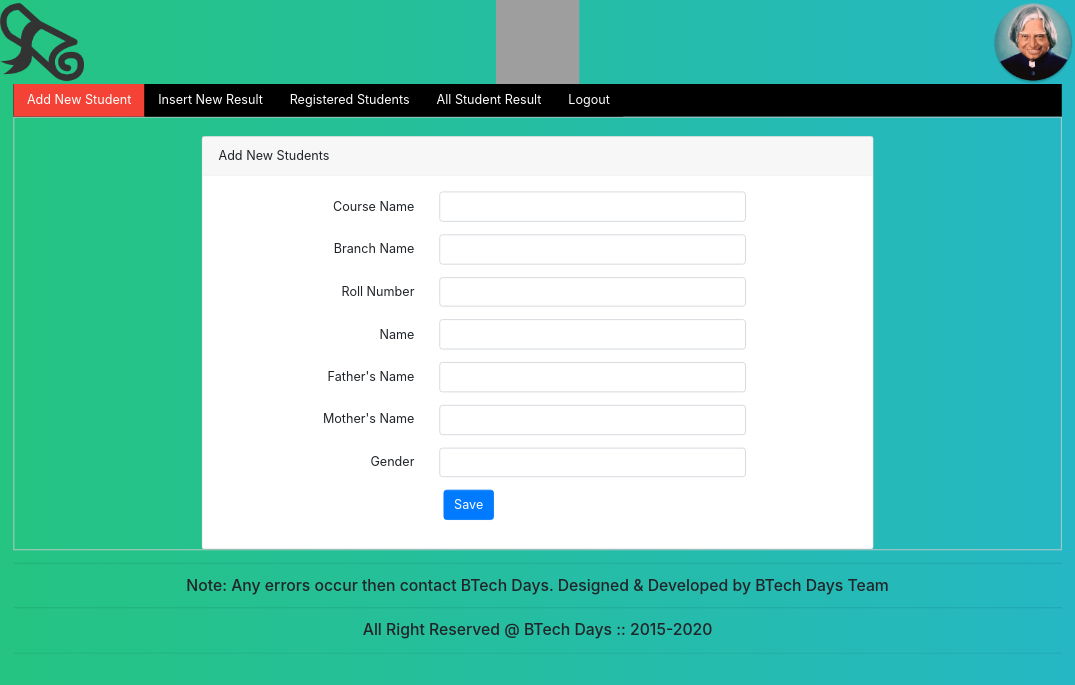
Repository: AlkaDas991/Dbms
Page: http://localhost/Student_Record_Management/adminHome.jsp
The author's editor kept a copy of each file at every save. The page is drawn from the files as they stood at one save, then again after the next save.
The browser window is 1280 px wide. The pictures show the whole page, at 84% of full size.
Pictures or frames that could not be fetched are drawn as grey boxes. Some web fonts or font styles are not loaded; a fallback is used. Some web libraries are served in a nearby version. The page is served by Tomcat 9. Other server files are loaded and not shown. Queries for data that is not in the repository find no rows.

Above is the page before, as saved 2021-03-12 09:27:09.
Console error: TypeError: Cannot read properties of undefined (reading 'fn')

### Student Record Management/WebContent/adminHome.jsp
<%@include file="header.html"%>
<!DOCTYPE html>
<html>
<title>IIIT,BBSR</title>
<body>
<img src="logo.png"  align="left"width="100" height="100">
<center><img src="ng" width="100" height="100" position="absolute";
  clip = "rect(0px,60px,200px,0px)">
<img src="apj sir.png" align="right"  width="100" height="100"></center>
<div class="w3-container">
  <div class="w3-bar w3-black">
    <button class="w3-bar-item w3-button tablink w3-red" onclick="openCity(event,'London')">Add New Student</button>

    <button class="w3-bar-item w3-button tablink" onclick="openCity(event,'Paris')">Insert New Result</button>
    <button class="w3-bar-item w3-button tablink" onclick="openCity(event,'Tokyo')">Registered Students</button>
     <button class="w3-bar-item w3-button tablink" onclick="openCity(event,'Tokyo1')">All Student Result</button>
     <a href="adminLogin.jsp" class="w3-bar-item w3-button tablink">Logout</a>
  </div>

  <div id="London" class="w3-container w3-border city">
  <br>
   <link href="//maxcdn.bootstrapcdn.com/bootstrap/4.1.1/css/bootstrap.min.css" rel="stylesheet" id="bootstrap-css">
<script src="//maxcdn.bootstrapcdn.com/bootstrap/4.1.1/js/bootstrap.min.js"></script>
<script src="//cdnjs.cloudflare.com/ajax/libs/jquery/3.2.1/jquery.min.js"></script>
<!------ Alright Include the above in your HEAD tag ---------->

<!doctype html>
<html lang="en">
<head>
    <!--OK Required meta tags -->
    <meta charset="utf-8">
    <meta name="viewport" content="width=device-width, initial-scale=1, shrink-to-fit=no">

    <!-- Fonts -->
    <link rel="dns-prefetch" href="https://fonts.gstatic.com">
    <link href="https://fonts.googleapis.com/css?family=Raleway:300,400,600" rel="stylesheet" type="text/css">



    <link rel="icon" href="Favicon.png">

    <!-- Bootstrap CSS -->
    <link rel="stylesheet" href="https://stackpath.bootstrapcdn.com/bootstrap/4.1.3/css/bootstrap.min.css">
</head>
<body>
<main class="my-form">
    <div class="cotainer">
        <div class="row justify-content-center">
            <div class="col-md-8">
                    <div class="card">
                        <div class="card-header">Add New Students</div>
                        <div class="card-body">
                            <form name="my-form" onsubmit="return validform()" action="addNewStudent.jsp" method="post">
                                <div class="form-group row">
                                    <label for="full_name" class="col-md-4 col-form-label text-md-right">Course Name</label>
                                    <div class="col-md-6">
                                        <input type="text"  class="form-control" name="course">
                                    </div>
                                </div>

                                <div class="form-group row">
                                    <label for="email_address" class="col-md-4 col-form-label text-md-right">Branch Name</label>
                                    <div class="col-md-6">
                                        <input type="text"  class="form-control" name="branch">
                                    </div>
                                </div>

                                <div class="form-group row">
                                    <label for="user_name" class="col-md-4 col-form-label text-md-right">Roll Number</label>
                                    <div class="col-md-6">
                                        <input type="text" class="form-control" name="rollNo">
                                    </div>
                                </div>

                                <div class="form-group row">
                                    <label for="phone_number" class="col-md-4 col-form-label text-md-right">Name</label>
                                    <div class="col-md-6">
                                        <input type="text"  class="form-control" name="name">
                                    </div>
                                </div>

                                <div class="form-group row">
                                    <label for="present_address" class="col-md-4 col-form-label text-md-right">Father's Name</label>
                                    <div class="col-md-6">
                                        <input type="text"  class="form-control" name="fatherName">
                                    </div>
                                </div>

                                <div class="form-group row">
                                    <label for="present_address" class="col-md-4 col-form-label text-md-right">Mother's Name</label>
                                    <div class="col-md-6">
                                        <input type="text"  class="form-control" name="motherName">
                                    </div>
                                </div>

                                <div class="form-group row">
                                    <label for="permanent_address" class="col-md-4 col-form-label text-md-right">Gender</label>
                                    <div class="col-md-6">
                                        <input type="text" class="form-control" name="gender">
                                    </div>
                                </div>

                                    <div class="col-md-6 offset-md-4">
                                        <button type="submit" class="btn btn-primary">
                                        Save
                                        </button>
                                    </div>

                            </form>
                        </div>
                    </div>
            </div>
        </div>
    </div>
</main>

<script src="https://code.jquery.com/jquery-3.3.1.slim.min.js"></script>
<script src="https://cdnjs.cloudflare.com/ajax/libs/popper.js/1.14.3/umd/popper.min.js"></script>
<script src="https://stackpath.bootstrapcdn.com/bootstrap/4.1.3/js/bootstrap.min.js"></script>
</body>
  </div>

  <div id="Paris" class="w3-container w3-border city" style="display:none">
  <br>
  <link href="//maxcdn.bootstrapcdn.com/bootstrap/4.1.1/css/bootstrap.min.css" rel="stylesheet" id="bootstrap-css">
<script src="//maxcdn.bootstrapcdn.com/bootstrap/4.1.1/js/bootstrap.min.js"></script>
<script src="//cdnjs.cloudflare.com/ajax/libs/jquery/3.2.1/jquery.min.js"></script>
<!------ Include the above in your HEAD tag ---------->

<!doctype html>
<html lang="en">
<head>
    <!-- Required meta tags -->
    <meta charset="utf-8">
    <meta name="viewport" content="width=device-width, initial-scale=1, shrink-to-fit=no">

    <!-- Fonts -->
    <link rel="dns-prefetch" href="https://fonts.gstatic.com">
    <link href="https://fonts.googleapis.com/css?family=Raleway:300,400,600" rel="stylesheet" type="text/css">



    <link rel="icon" href="Favicon.png">

    <!-- Bootstrap CSS -->
    <link rel="stylesheet" href="https://stackpath.bootstrapcdn.com/bootstrap/4.1.3/css/bootstrap.min.css">

</head>
<body>
<main class="my-form">
    <div class="cotainer">
        <div class="row justify-content-center">
            <div class="col-md-8">
                    <div class="card">
                        <div class="card-header">Insert New Result</div>
                        <div class="card-body">
                            <form name="my-form" onsubmit="return validform()" action="insertNewResult.jsp" method="">
                                <div class="form-group row">
                                    <label for="full_name" class="col-md-4 col-form-label text-md-right">Roll Number</label>
                                    <div class="col-md-6">
                                        <input type="text"class="form-control" name="rollNo">
                                    </div>
                                </div>

                                <div class="form-group row">
                                    <label for="email_address" class="col-md-4 col-form-label text-md-right">DAA</label>
                                    <div class="col-md-6">
                                        <input type="text"  class="form-control" name="DAA">
                                    </div>
                                </div>

                                <div class="form-group row">
                                    <label for="user_name" class="col-md-4 col-form-label text-md-right">DBMS</label>
                                    <div class="col-md-6">
                                        <input type="text"  class="form-control" name="DBMS">
                                    </div>
                                </div>

                                <div class="form-group row">
                                    <label for="phone_number" class="col-md-4 col-form-label text-md-right">COA</label>
                                    <div class="col-md-6">
                                        <input type="text"  class="form-control" name="COA">
                                    </div>
                                </div>

                                <div class="form-group row">
                                    <label for="present_address" class="col-md-4 col-form-label text-md-right">Discrete Maths</label>
                                    <div class="col-md-6">
                                        <input type="text"  class="form-control" name="DM">
                                    </div>
                                </div>

                                <div class="form-group row">
                                    <label for="permanent_address" class="col-md-4 col-form-label text-md-right">AMC</label>
                                    <div class="col-md-6">
                                        <input type="text"  class="form-control" name="AMC">
                                    </div>
                                </div>

                                 <div class="form-group row">
                                    <label for="permanent_address" class="col-md-4 col-form-label text-md-right">Communication Skills</label>
                                    <div class="col-md-6">
                                        <input type="text"  class="form-control" name="CS">
                                    </div>
                                </div>


                                    <div class="col-md-6 offset-md-4">
                                        <button type="submit" class="btn btn-primary">
                                       Save
                                        </button>
                                    </div>

                            </form>
                        </div>
                    </div>
            </div>
        </div>
        <br>
    </div>

</main>

<script src="https://code.jquery.com/jquery-3.3.1.slim.min.js"></script>
<script src="https://cdnjs.cloudflare.com/ajax/libs/popper.js/1.14.3/umd/popper.min.js"></script>
<script src="https://stackpath.bootstrapcdn.com/bootstrap/4.1.3/js/bootstrap.min.js"></script>
</body>
</html>
  </div>

  <div id="Tokyo" class="w3-container w3-border city" style="display:none">

<section>
  <!--for demo wrap-->
  <div class="tbl-header">
    <table cellpadding="0" cellspacing="0" border="0">
      <thead>
        <tr>
         <th>Course Name</th>
          <th>Branch Name</th>
          <th>Roll Number</th>
          <th>Name</th>
          <th>Father Name</th>
          <th>Gender</th>
        </tr>
      </thead>
    </table>
  </div>
  <div class="tbl-content">
    <table cellpadding="0" cellspacing="0" border="0">
      <tbody>
      	<%@page import = "Project.ConnectionProvider" %>
      	<%@page import = "java.sql.*" %>
      	<%
      		try{
      			Connection con = ConnectionProvider.getCon();
      			Statement st = con.createStatement();
      			ResultSet rs = st.executeQuery("select * from student");
      			while(rs.next()){

      	%>
        <tr>
        <!--get values from each column  -->
          <td><%=rs.getString(1)%></td>
          <td><%=rs.getString(2)%></td>
          <td><%=rs.getString(3)%></td>
          <td><%=rs.getString(4)%></td>
          <td><%=rs.getString(5)%></td>
          <td><%=rs.getString(6)%></td>
        </tr>
      </tbody>
      <%}}
      	catch(Exception e){

      	}
      %>
    </table>
  </div>
</section>
</div>
<div id="Tokyo1" class="w3-container w3-border city" style="display:none">

<section>
  <!--for demo wrap-->
  <div class="tbl-header">
    <table cellpadding="0" cellspacing="0" border="0">
      <thead>
        <tr>
          <th>Roll Number</th>
          <th>DAA</th>
          <th>DBMS</th>
          <th>COA</th>
          <th>DM</th>
          <th>AMC</th>
          <th>CS</th>
        </tr>
      </thead>
    </table>
  </div>
  <div class="tbl-content">
    <table cellpadding="0" cellspacing="0" border="0">
      <tbody>
      <%@page import = "Project.ConnectionProvider" %>
      <%@page import = "java.sql.*" %>
      <%
      	try{
      		Connection con = ConnectionProvider.getCon();
    		Statement st = con.createStatement();
    		ResultSet rs = st.executeQuery("select * from result");
      		while(rs.next()){
      %>
        <tr>
          <td><%=rs.getString(1)%></td>
          <td><%=rs.getString(2)%></td>
          <td><%=rs.getString(3)%></td>
          <td><%=rs.getString(4)%></td>
          <td><%=rs.getString(5)%></td>
          <td><%=rs.getString(6)%></td>
          <td><%=rs.getString(7)%></td>
        </tr>
      <%}}
      catch(Exception e){}
      %>
      </tbody>
    </table>
  </div>
</section>

</div>
    <hr class="new1">
  <center><h5>Note: Any errors occur then contact BTech Days.
Designed & Developed by BTech Days Team</h5></center>
  <hr class="new1">
<center><h5>All Right Reserved @ BTech Days :: 2015-2020</h5></center>
  <hr class="new1">
<br>
</body>
</html>

### Student Record Management/src/Project/ConnectionProvider.java
package Project;
import java.sql.*;
public class ConnectionProvider {
	public static Connection getCon() {
		try {
			Class.forName("oracle.jdbc.driver.OracleDriver");
			Connection con = DriverManager.getConnection("jdbc:oracle:thin:@localhost:1521:XE","system","manager");
			return con;
		}
		catch(Exception e){
			System.out.println(e);
			return null;
		}
	}
}

Loaded but not shown: Student Record Management/WebContent/header.html (355 lines, source omitted)

After the next save:
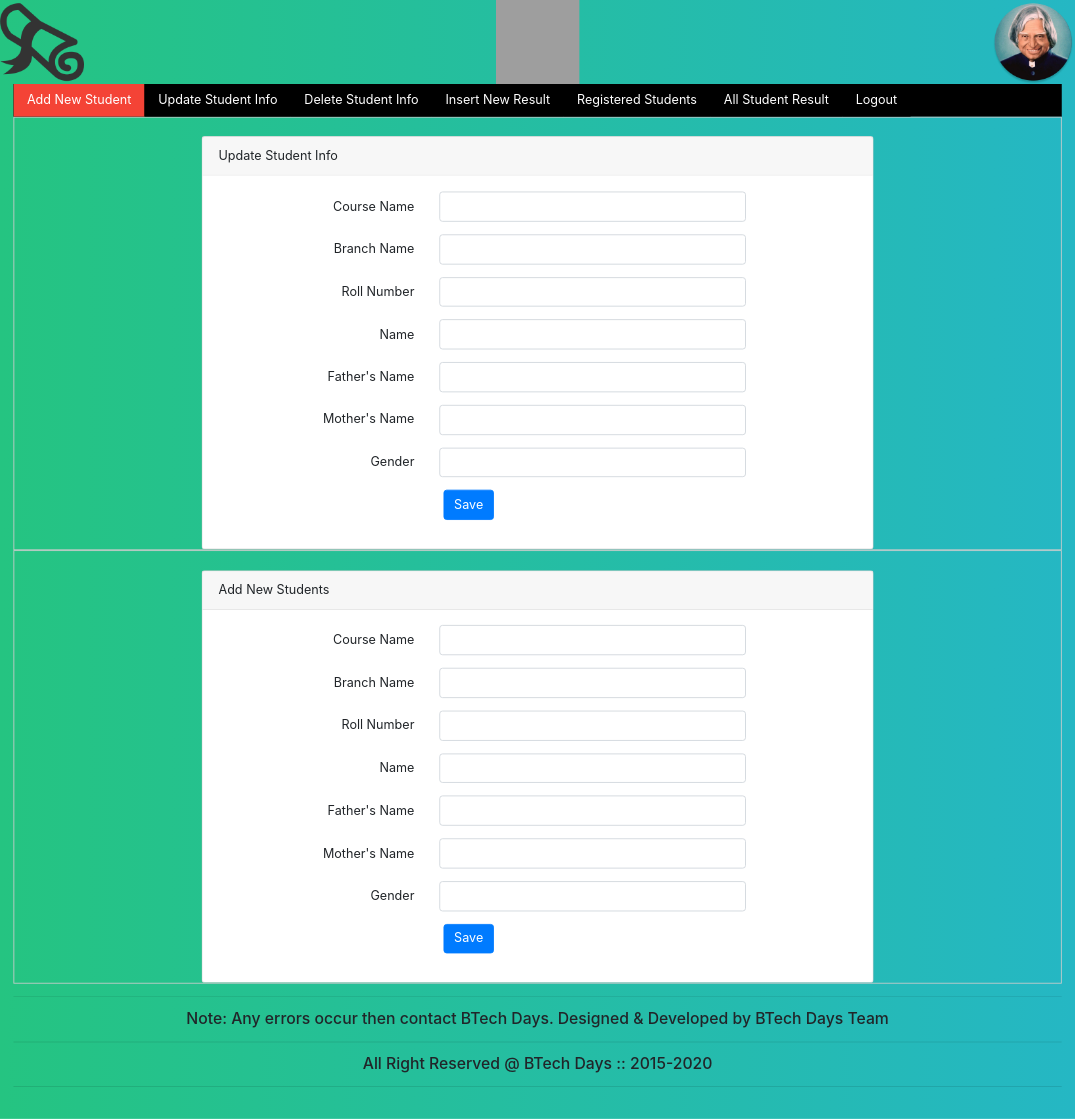
Saved 43 min 54 s later.
--- a/Student Record Management/WebContent/adminHome.jsp
+++ b/Student Record Management/WebContent/adminHome.jsp
@@ -10,14 +10,117 @@
 <div class="w3-container">
   <div class="w3-bar w3-black">
     <button class="w3-bar-item w3-button tablink w3-red" onclick="openCity(event,'London')">Add New Student</button>
-
+    <button class="w3-bar-item w3-button tablink" onclick="openCity(event,'Delhi')">Update Student Info</button>
+    <button class="w3-bar-item w3-button tablink" onclick="openCity(event,'Beijing')">Delete Student Info</button>
     <button class="w3-bar-item w3-button tablink" onclick="openCity(event,'Paris')">Insert New Result</button>
     <button class="w3-bar-item w3-button tablink" onclick="openCity(event,'Tokyo')">Registered Students</button>
-     <button class="w3-bar-item w3-button tablink" onclick="openCity(event,'Tokyo1')">All Student Result</button>
+    <button class="w3-bar-item w3-button tablink" onclick="openCity(event,'Tokyo1')">All Student Result</button>
      <a href="adminLogin.jsp" class="w3-bar-item w3-button tablink">Logout</a>
   </div>
 
   <div id="London" class="w3-container w3-border city">
+  <br>
+   <link href="//maxcdn.bootstrapcdn.com/bootstrap/4.1.1/css/bootstrap.min.css" rel="stylesheet" id="bootstrap-css">
+<script src="//maxcdn.bootstrapcdn.com/bootstrap/4.1.1/js/bootstrap.min.js"></script>
+<script src="//cdnjs.cloudflare.com/ajax/libs/jquery/3.2.1/jquery.min.js"></script>
+<!------ Alright Include the above in your HEAD tag ---------->
+
+<!doctype html>
+<html lang="en">
+<head>
+    <!--OK Required meta tags -->
+    <meta charset="utf-8">
+    <meta name="viewport" content="width=device-width, initial-scale=1, shrink-to-fit=no">
+
+    <!-- Fonts -->
+    <link rel="dns-prefetch" href="https://fonts.gstatic.com">
+    <link href="https://fonts.googleapis.com/css?family=Raleway:300,400,600" rel="stylesheet" type="text/css">
+
+
+
+    <link rel="icon" href="Favicon.png">
+
+    <!-- Bootstrap CSS -->
+    <link rel="stylesheet" href="https://stackpath.bootstrapcdn.com/bootstrap/4.1.3/css/bootstrap.min.css">
+</head>
+<body>
+<main class="my-form">
+    <div class="cotainer">
+        <div class="row justify-content-center">
+            <div class="col-md-8">
+                    <div class="card">
+                        <div class="card-header">Update Student Info</div>
+                        <div class="card-body">
+                            <form name="my-form" onsubmit="return validform()" action="addNewStudent.jsp" method="post">
+                                <div class="form-group row">
+                                    <label for="full_name" class="col-md-4 col-form-label text-md-right">Course Name</label>
+                                    <div class="col-md-6">
+                                        <input type="text"  class="form-control" name="course">
+                                    </div>
+                                </div>
+
+                                <div class="form-group row">
+                                    <label for="email_address" class="col-md-4 col-form-label text-md-right">Branch Name</label>
+                                    <div class="col-md-6">
+                                        <input type="text"  class="form-control" name="branch">
+                                    </div>
+                                </div>
+
+                                <div class="form-group row">
+                                    <label for="user_name" class="col-md-4 col-form-label text-md-right">Roll Number</label>
+                                    <div class="col-md-6">
+                                        <input type="text" class="form-control" name="rollNo">
+                                    </div>
+                                </div>
+
+                                <div class="form-group row">
+                                    <label for="phone_number" class="col-md-4 col-form-label text-md-right">Name</label>
+                                    <div class="col-md-6">
+                                        <input type="text"  class="form-control" name="name">
+                                    </div>
+                                </div>
+
+                                <div class="form-group row">
+                                    <label for="present_address" class="col-md-4 col-form-label text-md-right">Father's Name</label>
+                                    <div class="col-md-6">
+                                        <input type="text"  class="form-control" name="fatherName">
+                                    </div>
+                                </div>
+
+                                <div class="form-group row">
+                                    <label for="present_address" class="col-md-4 col-form-label text-md-right">Mother's Name</label>
+                                    <div class="col-md-6">
+                                        <input type="text"  class="form-control" name="motherName">
+                                    </div>
+                                </div>
+
+                                <div class="form-group row">
+                                    <label for="permanent_address" class="col-md-4 col-form-label text-md-right">Gender</label>
+                                    <div class="col-md-6">
+                                        <input type="text" class="form-control" name="gender">
+                                    </div>
+                                </div>
+
+                                    <div class="col-md-6 offset-md-4">
+                                        <button type="submit" class="btn btn-primary">
+                                        Save
+                                        </button>
+                                    </div>
+
+                            </form>
+                        </div>
+                    </div>
+            </div>
+        </div>
+    </div>
+</main>
+
+<script src="https://code.jquery.com/jquery-3.3.1.slim.min.js"></script>
+<script src="https://cdnjs.cloudflare.com/ajax/libs/popper.js/1.14.3/umd/popper.min.js"></script>
+<script src="https://stackpath.bootstrapcdn.com/bootstrap/4.1.3/js/bootstrap.min.js"></script>
+</body>
+  </div>
+    <div id="London" class="w3-container w3-border city">
   <br>
    <link href="//maxcdn.bootstrapcdn.com/bootstrap/4.1.1/css/bootstrap.min.css" rel="stylesheet" id="bootstrap-css">
 <script src="//maxcdn.bootstrapcdn.com/bootstrap/4.1.1/js/bootstrap.min.js"></script>
